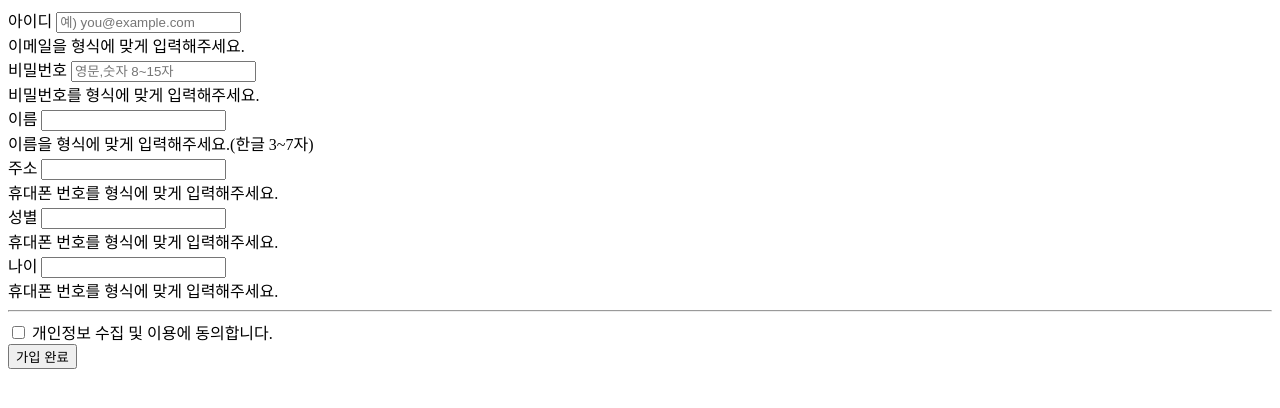
Repository: PacJ/spring_project
Page: http://localhost/spring_project/WEB-INF/views/user/signup.jsp
The author's editor kept a copy of each file at every save. The page is drawn from the files as they stood at one save, then again after the next save.
The browser window is 1280 px wide. The pictures show the whole page.
The page is served by Tomcat 9. Nobody is signed in. Other server files are loaded and not shown. The template is opened directly, without the code that normally fills it, so the values that code supplies are empty.

Above is the page before, as saved 2023-02-28 04:08:53.

### spring_project/src/main/webapp/WEB-INF/views/user/signup.jsp
<%@ page language="java" contentType="text/html; charset=UTF-8"
    pageEncoding="UTF-8"%>


 <div class="container">
     <div class="input-form-backgroud row">
      <div class="input-form col-md-12 mx-auto">
        <form class="validation-form" method="post" action="signup.do" novalidate >

           <div class="row">
	         <div class="mb-3">
	            <label for="userId">아이디</label>
	            <input type="text" class="form-control" name="userId"
	            		pattern="[A-Za-z0-9_]+[A-Za-z0-9]*[@]{1}[A-Za-z0-9]+[A-Za-z0-9]*[.]{1}[A-Za-z]{1,3}"
	            		placeholder="예) you@example.com" required>
	            <div class="invalid-feedback">
	              이메일을 형식에 맞게 입력해주세요.
	            </div>
	          </div>

	          <div class="mb-3">
	            <label for="pass">비밀번호</label>
	            <input type="password"  class="form-control" name="userPass"
	            pattern="[a-zA-Z0-9]{8,15}"  placeholder="영문,숫자 8~15자" required>
	            <div class="invalid-feedback">
	              비밀번호를 형식에 맞게 입력해주세요.
	            </div>
	          </div>

	          <!--           <div class="mb-3">
	            <label for="passChk">비밀번호 재입력</label>
	            <input type="text"  class="form-control" name="member_passChk"
	            pattern="[a-zA-Z0-9]{8,15}" placeholder="영문,숫자 8~15자" required>
	           <div class="invalid-feedback">
	              비밀번호가 일치하지 않습니다.
	            </div>
	          </div>  -->

	           <div class="mb-3">
	              <label for="name">이름</label>
	              <input type="text" class="form-control" name="userName"
	              pattern="[가-힣]{3,7}" placeholder="" required>
	              <div class="invalid-feedback">
	                이름을 형식에 맞게 입력해주세요.(한글 3~7자)
	              </div>
	            </div>



	          <div class="mb-3">
	            <label for="address">주소</label>
	            <input type="text" class="form-control" name="userAdress"  pattern="^010[0-9]{8}$" placeholder="" required>
	            <div class="invalid-feedback">
	              휴대폰 번호를 형식에 맞게 입력해주세요.
	            </div>
	          </div>

	          <div class="mb-3">
	            <label for="Sex">성별</label>
	            <input type="text" class="form-control" name="userSex"  pattern="^010[0-9]{8}$" placeholder="" required>
	            <div class="invalid-feedback">
	              휴대폰 번호를 형식에 맞게 입력해주세요.
	            </div>
	          </div>

	          <div class="mb-3">
	            <label for="age">나이</label>
	            <input type="text" class="form-control" name="userAge"  pattern="^010[0-9]{8}$" placeholder="" required>
	            <div class="invalid-feedback">
	              휴대폰 번호를 형식에 맞게 입력해주세요.
	            </div>
	          </div>


	          <hr class="mb-4">
	          <div class="custom-control custom-checkbox">
	            <input type="checkbox" class="custom-control-input" id="aggrement" required>
	            <label class="custom-control-label" for="aggrement">개인정보 수집 및 이용에 동의합니다.</label>
	          </div>
	          <div class="mb-4">
	          <input type="hidden" name="memberType" value="1" />
	           <button class="btn btn-dark btn-lg btn-block" type="submit">가입 완료</button>
	           </div>
	        </div>

	      </form>
	      </div>
    </div>
</div>

  <script >
      const forms = document.getElementsByClassName('validation-form');

      Array.prototype.filter.call(forms, (form) => {
        form.addEventListener('submit', function (event) {
          if (form.checkValidity() === false) {
            event.preventDefault();
            event.stopPropagation();
          }

          form.classList.add('was-validated');
        }, false);
      });

  </script>

After the next save:
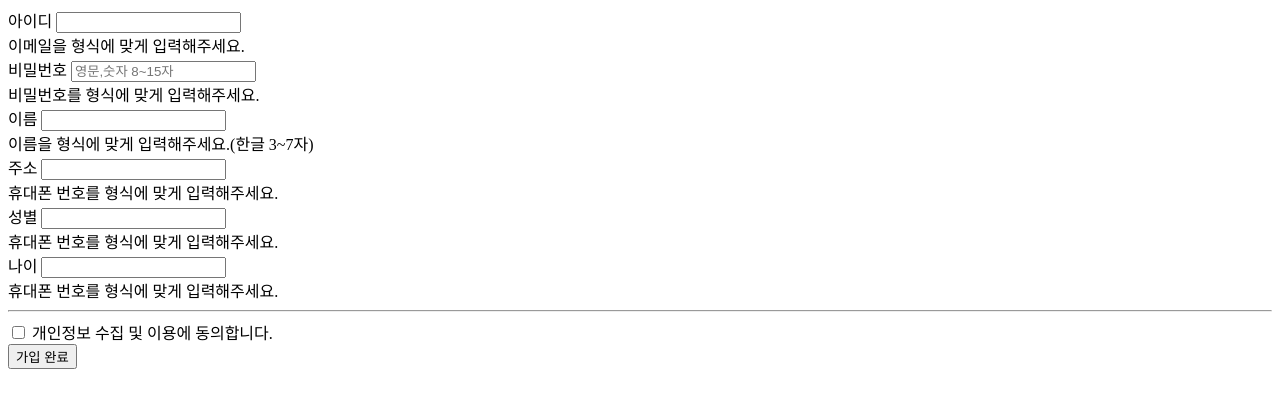
Saved 14 s later.
--- a/spring_project/src/main/webapp/WEB-INF/views/user/signup.jsp
+++ b/spring_project/src/main/webapp/WEB-INF/views/user/signup.jsp
@@ -12,7 +12,7 @@
 	            <label for="userId">아이디</label>
 	            <input type="text" class="form-control" name="userId"
 	            		pattern="[A-Za-z0-9_]+[A-Za-z0-9]*[@]{1}[A-Za-z0-9]+[A-Za-z0-9]*[.]{1}[A-Za-z]{1,3}"
-	            		placeholder="예) you@example.com" required>
+	            		placeholder="" required>
 	            <div class="invalid-feedback">
 	              이메일을 형식에 맞게 입력해주세요.
 	            </div>
